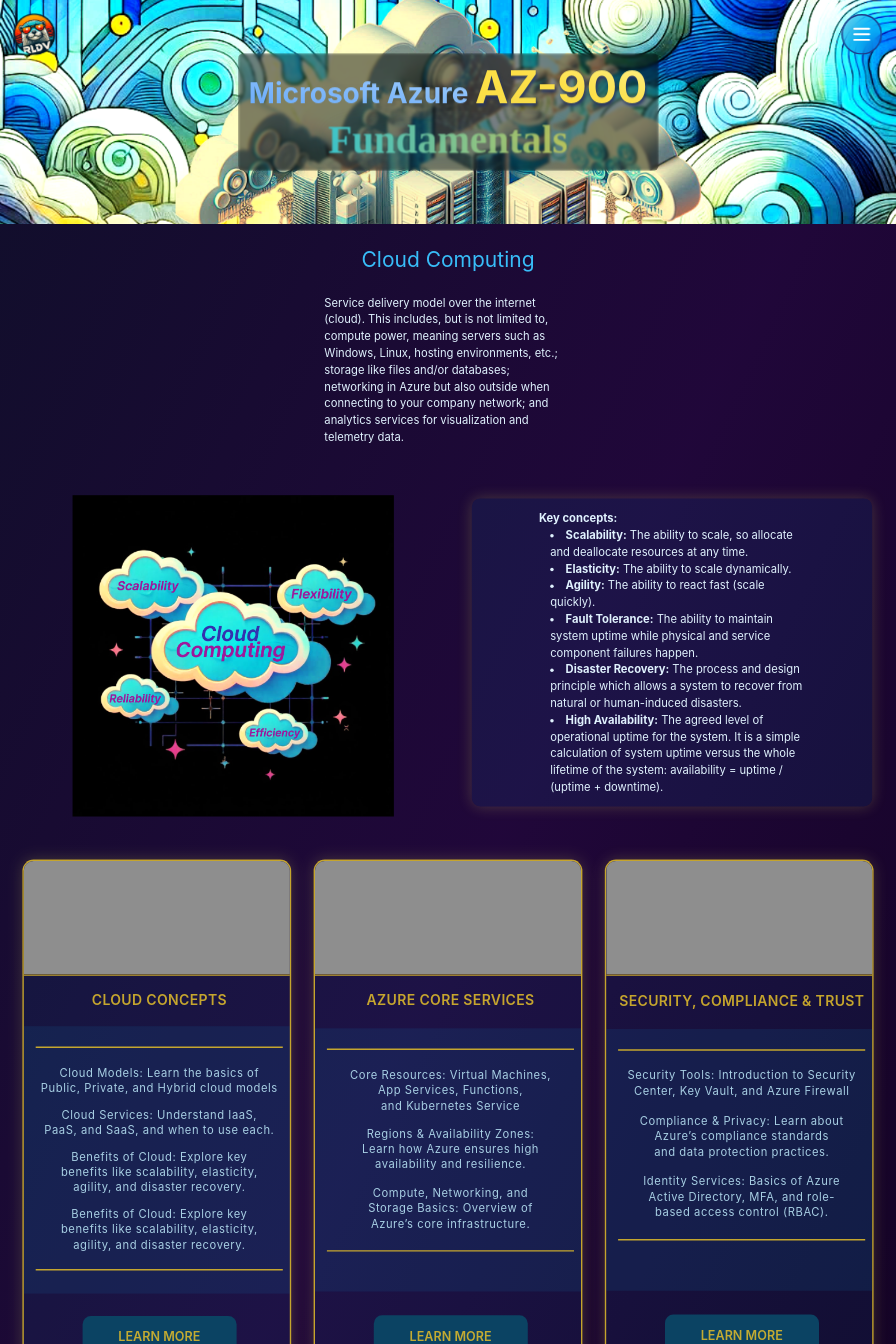
Repository: Freezler/az-900_svelte5
Page: /
These files come from the project's save history. The page is drawn as it stood at one moment and after the next save; the edit follows.
The browser window is 1280 px wide. The pictures show the part of the page from y = 0 to 1920 px (the page is 2706 px tall), at 70% of full size.
Pictures or frames that could not be fetched are drawn as grey boxes. The project was rebuilt for these pictures with package versions that can differ from the ones it lists, and the page was loaded fresh each time. The framework's server and built-in components were replaced by stand-ins that run in the browser. Also part of the build but not shown: vite.config.ts.

Above is the page before, as saved 2024-11-10 10:57:42.

### src/app.html
<!doctype html>
<html lang="en">
	<head>
		<meta charset="utf-8" />
		<link rel="icon" href="%sveltekit.assets%/favicon.png" />
		<meta name="viewport" content="width=device-width, initial-scale=1" />
		%sveltekit.head%
	</head>
	<body data-sveltekit-preload-data="hover" >
		<div style="display: contents">%sveltekit.body%</div>
	</body>
</html>

### src/routes/+layout.svelte
<script lang="ts">
	import '../app.css';
	let { children } = $props();

</script>

<div class="bg-gradient-to-br from-[#0d0c28fc] via-[#1b0135f9] to-[#10021e] bg-cover bg-center bg-no-repeat ">{@render children()}</div>

### src/routes/+page.svelte
<script lang="ts">
	import ComputingArticle from '../components/ComputingArticle.svelte';

	import Toggle from '../components/Toggle.svelte';
	import Header from '../components/Header.svelte';
	import Popover from '../components/Menu.svelte';
	import Cards from '../components/Cards.svelte';
	import Login from '../components/Login.svelte';
</script>

<header class="">
	<Popover />
	<Header />
</header>
<main>
	<section>
		<ComputingArticle />
		<Cards />
	</section>
	<aside><Toggle /></aside>
	<footer><Login /></footer>
</main>

### src/app.css
@tailwind base;
@tailwind components;
@tailwind utilities;

:root {
  --text-color  : rgba(244, 205, 48, 0.888);
  --bg-color    : hsla(217, 87%, 3%, 0.298);
  --bg-color2   : hsla(299, 91%, 31%, 0.974);
  --bg-gradient : 135deg, rgba(237, 249, 10, .7) 0%, rgba(216, 204, 37, 0.7) 35%, rgba(0, 212, 255, 0.7) 100%;
  --bg-gradient2: 90deg, rgba(216, 204, 37, 0.5) 0%, rgba(0, 212, 255, 0.5) 70%;
}

* {
  margin     : 0;
  padding    : 0;
  box-sizing : border-box;
  user-select: none;
  /* outline : 1px dotted red; */
}

body {
  font-family: 'Inter', sans-serif;


}

### src/components/ComputingArticle.svelte
<div class="grid items-center justify-center gap-8 place-self-center text-sky-100 w-[35ch] pt-8">
	<h2 class="text-3xl text-center text-sky-400">Cloud Computing</h2>
	<p>
		Service delivery model over the internet (cloud). This includes, but is not limited to, compute
		power, meaning servers such as Windows, Linux, hosting environments, etc.; storage like files
		and/or databases; networking in Azure but also outside when connecting to your company network;
		and analytics services for visualization and telemetry data.
	</p>
</div>

<section class="grid items-center grid-cols-1 lg:grid-cols-2 justify-center place-items-center place-self-center place-content-center gap-0	z-10 text-start">
	<img
		src="../public/images/cloud.png"
		alt="cloudSolutions"
		loading="lazy"

		class=" w-full md:w-[672px]  mx-auto rounded-2xl overflow-hidden  pr-12 -mt-8"
	/>
	<article
		class=" bg-sky-600/10  text-sky-100 px-24 py-4 w-[572px] mt-8 rounded-xl shadow-[0_0px_22px_rgba(255,255,99,0.2)]"
	>
		<p><strong>Key concepts:</strong></p>
		<ul class="list-inside list-disc pl-4">
			<li>
				<strong>Scalability:</strong> The ability to scale, so allocate and deallocate resources at any
				time.
			</li>
			<li><strong>Elasticity:</strong> The ability to scale dynamically.</li>
			<li><strong>Agility:</strong> The ability to react fast (scale quickly).</li>
			<li>
				<strong>Fault Tolerance:</strong> The ability to maintain system uptime while physical and service
				component failures happen.
			</li>
			<li>
				<strong>Disaster Recovery:</strong> The process and design principle which allows a system to
				recover from natural or human-induced disasters.
			</li>
			<li>
				<strong>High Availability:</strong> The agreed level of operational uptime for the system. It
				is a simple calculation of system uptime versus the whole lifetime of the system: availability
				= uptime / (uptime + downtime).
			</li>
		</ul>
	</article>
</section>

### src/components/Toggle.svelte
<script lang="ts">

	let name = $state('Randy');
	let status: 'DARK' | 'LIGHT' = $state('DARK');
	let full_name = $derived(name + ' ' + 'de vries');

	function toggle() {
		status = status === 'DARK' ? 'LIGHT' : 'DARK';
	}

	function onclick() {
		status = status === 'DARK' ? 'LIGHT' : 'DARK';
		window.document.body.classList.toggle('dark-mode')
	}
</script>

<div class="max-w-[400px] mx-auto grid place-items-center items-center justify-center gap-2 border-2 p-4  py-8 my-4 bg-yellow-600/10">
		<p class="text-2xl font-serif text-white ">
			set theme: <span class="font-sans {status === 'LIGHT' ? 'text-gray-200' : 'text-red-900'}">{status}</span>
		</p>

		<!-- <button on:click={toggle}>toggle status</button> -->
		<button
			class=" w-[176px] rounded bg-blue-500 px-4 py-2 font-bold text-white hover:bg-blue-700 active:scale-[.98]"
			type="button"
			onclick={toggle}>Toggle theme</button
		>
	</div>

### src/components/Header.svelte
<script lang="ts">
	// Declare props
	let { name = 'AZ-900' } = $props();

	// Local state for the surname
	let surname = $state('Fundamentals');

	// Derived state for the full name
	let full_name = $derived(`${name} ${surname}`);
</script>

<div
	class="max-w-[100svw] z-100 mx-auto grid h-80 place-content-center place-items-center items-center justify-center bg-[url('/public/images/headImage.png')] bg-cover bg-top"
>
	<div class="grid backdrop-blur-[2px] px-4 rounded-lg backdrop-brightness-[.50] pb-4">
		<h1
			class="shadow-[rgba(7, 25, 224, 0.9)] drop bg-clip-text text-center text-[clamp(1rem,5vw,2.5rem)] font-bold text-transparent bg-gradient-to-tr from-blue-400 via-blue-300 to-blue-700  drop-shadow-[-2px_2px_2px_rgba(137, 25, 224, 0.9)]"
		>
			Microsoft Azure <span
				class="bg-gradient-to-tr from-yellow-300 via-yellow-300 to-yellow-200 bg-clip-text text-[clamp(2.8rem,5vw,8.5rem)] font-bold text-transparent drop-shadow-[2px_4px_2px_rgba(36,50,100,0.9)]"
				>{name}</span
			>
		</h1>
		<h3
			class="bg-clip-text text-6xl text-center text-[clamp(1rem,5vw,3.5rem)] font-[700] font-[montserrat] bg-gradient-to-r from-[hsl(192,88%,51%)] via-[--hsl(192,88%,71%)] to-[--text-color]  pb- text-transparent drop-shadow-[2px_4px_32px_rgba(6,100,150,0.9)] backdrop-brightness-[.90] "
		>
			{surname}
		</h3>
	</div>
</div>

### src/components/Menu.svelte
<script lang="ts">
	import { cubicInOut } from 'svelte/easing';
	import { fly } from 'svelte/transition';
	let showMenu: boolean = $state(false);


</script>

	<!-- Your existing code -->

<img
	src="/public/images/Design 2.png"
	alt="Ran form Logo"
	class="fixed left-[16px] top-[16px] w-[64px] rounded-full z-[200]"
/>
<button
	onclick={() => (showMenu = !showMenu)}
	class="fixed right-[20px] top-[20px] flex  h-[58px] w-[58px] items-center justify-center rounded-full bg-blue-600/20 backdrop-blur text-white border-2 border-blue-900"
>
	<svg
		xmlns="http://www.w3.org/2000/svg"
		class="h-8 w-8"
		fill="none"
		viewBox="0 0 24 24"
		stroke="currentColor"
	>
		{#if showMenu}
			<path
				stroke-linecap="round"
				stroke-linejoin="round"
				stroke-width="2"
				d="M6 18L18 6M6 6l12 12"
			/>
		{:else}
			<path
				stroke-linecap="round"
				stroke-linejoin="round"
				stroke-width="2"
				d="M4 6h16M4 12h16M4 18h16"
			/>
		{/if}
	</svg>
</button>

{#if showMenu}
	<ul
		class="items-center justify-center fixed bottom-0 right-0 z-100 grid h-[50vh] w-[100vw] border-t border-blue-900 place-content-center bg-blue-600/20 backdrop-blur text-white uppercase text-center text-xl z-[200]"
		transition:fly={{ y: 100, duration: 420, easing: cubicInOut }}
	>
		<li class="px-2 py-4 w-[80vw] underline underline-offset-4 transition-colors ease-linear duration-400 hover:bg-blue-600/20 rounded-t-lg  bg-blue-200/30">
			<a href="/">Home</a>
		</li>
		<li class=" px-2 py-4 transition-colors hover:underline underline-offset-4  ease-linear duration-400 hover:bg-blue-600/20  bg-blue-200/30">
			<a href="/concepts">Concepts</a>
		</li>
		<li class=" px-2 py-4 transition-colors hover:underline underline-offset-4 ease-linear duration-400 hover:bg-blue-600/20  bg-blue-200/30">
			<a href="/security">Security</a>
		</li>
		<li class="px-2 py-4 transition-colors  hover:underline underline-offset-4 ease-linear duration-400 hover:bg-blue-600/20 rounded-b-lg  bg-blue-200/30">
			<a href="/services">Services</a>
		</li>
	</ul>
{/if}

### src/components/Cards.svelte
<script>
	import { goto } from '$app/navigation';
	// Define your plans as an array of objects
	const concepts = [
		{
			url: 'concepts',
			image:
				'https://learn.microsoft.com/training/achievements/microsoft-azure-fundamentals-describe-cloud-concepts-social.png',
			name: 'Cloud Concepts',
			features: [
				'Cloud Models: Learn the basics of Public, Private, and Hybrid cloud models',
				'Cloud Services: Understand IaaS, PaaS, and SaaS, and when to use each.',
				'Benefits of Cloud: Explore key benefits like scalability, elasticity, agility, and disaster recovery.',
				'Benefits of Cloud: Explore key benefits like scalability, elasticity, agility, and disaster recovery.'

			]
		},
		{
			url: 'services',
			image:
				'https://images.unsplash.com/photo-1667372459510-55b5e2087cd0?q=80&w=1932&auto=format&fit=crop&ixlib=rb-4.0.3&ixid=M3wxMjA3fDB8MHxwaG90by1wYWdlfHx8fGVufDB8fHx8fA%3D%3D',
			name: 'Azure Core Services',
			features: [
				'Core Resources: Virtual Machines, App Services, Functions, and Kubernetes Service',
				'Regions & Availability Zones: Learn how Azure ensures high availability and resilience.',
				'Compute, Networking, and Storage Basics: Overview of Azure’s core infrastructure.'
			]
		},
		{
			url: 'security',
			image:
				'https://plus.unsplash.com/premium_photo-1700830452756-1a3f4314e564?q=80&w=1674&auto=format&fit=crop&ixlib=rb-4.0.3&ixid=M3wxMjA3fDB8MHxwaG90by1wYWdlfHx8fGVufDB8fHx8fA%3D%3D',
			name: 'Security, Compliance & Trust',
			features: [
				'Security Tools: Introduction to Security Center, Key Vault, and Azure Firewall',
				'Compliance & Privacy: Learn about Azure’s compliance standards and data protection practices.',
				'Identity Services: Basics of Azure Active Directory, MFA, and role-based access control (RBAC).'
			]
		}
	];
</script>

<section
	class="z-10 grid grid-rows-1 gap-8 py-8 md:grid-cols-2 md:gap-8 md:px-8 xl:grid-cols-3"
>
	{#each concepts as concept}
		<div
			class=" pt-1  grid grid-rows-[148px_64px_auto_auto] place-items-center overflow-hidden rounded-2xl border-2 border-[--text-color] bg-sky-600/10 pb-9 shadow-[0_0px_22px_rgba(255,255,99,0.2)] brightness-90 transition duration-700 hover:scale-[1.001] hover:border-[hsla(184,69%,60%,1)] hover:shadow-[2px_6px_12px_rgba(22,125,22,0.9)]"
		>
			<img
				src={concept.image}
				class=" z-10 h-[172px] pt-2  w-full border-b-2 border-[--text-color] object-cover object-center hover:border-[hsla(184,69%,60%,1)]"
				loading="lazy"
				alt="concept"
			/>
			<div class="row-span-2 grid grid-cols-subgrid place-items-center items-center justify-center">
				<h2 class="] mt-[28px] text-xl font-semibold uppercase tracking-wide text-[--text-color]">
					{concept.name}
				</h2>
			</div>

			<div
				class=" row-span-12 my-5 w-full grid grid-rows-subgrid place-items-start items-start gap-4 text-pretty border border-transparent bg-sky-500/10 px-4 pt-7 pb-6 text-center"
			>
				{#each concept.features as feature}
					<h3
						class="border-b-1 mx-auto  grid w-[35ch]  grid-rows-subgrid text-balance border-[--text-color] px-0 text-[14px] font-normal leading-snug tracking-wider text-sky-200 py-0 first:border-t-2 first:pt-6 last:pb-6 last:border-b-2 lg:text-[16px] border-s-fuchsia-400 ">
						{feature}
					</h3>
				{/each}
			</div>
			<button
				type="button"
				class="mx-auto mt-3 w-[220px] grid-cols-subgrid rounded-xl border-[2px_solid_var(--text-color)] bg-sky-900 px-8 py-4 text-base font-semibold uppercase text-[--text-color] transition duration-[420ms] hover:bg-sky-500 hover:text-white hover:shadow-[2px_2px_22px_rgb(65,183,255,0.9)] md:text-lg lg:text-lg"
				><a href="/{concept.url}">Learn more</a></button
			>
		</div>
	{/each}
</section>

### src/components/Login.svelte
<script>
	import { onMount } from 'svelte';
	let user = $state('Stranger');
	/**
	 * @param {any} response
	 */
	function googleLoginEndpoint(response) {
	  console.log('Google login successful:', response);
	}

	// onMount(() => {
	//   const script = document.createElement("script");
	//   script.src = "https://accounts.google.com/gsi/client";
	//   script.async = true;
	//   script.defer = true;
	//   document.head.appendChild(script);
	// });
</script>

<div class="relative flex min-h-[60vh] items-center justify-center py-16 ">
	<div class="flex w-full max-w-4xl flex-col overflow-hidden rounded-lg shadow-lg md:flex-row">
		<!-- Left side: Logo and Welcome message -->
		<div
			class="flex flex-col items-center justify-center bg-[url('/public/images/headImage.png')] bg-cover bg-center object-cover p-14 text-white md:w-1/2 "
		>
			<img
				src="/public/images/Design 2.png"
				alt="Ran form Logo"
				class="mb-4 h-40 w-40 rounded-full"
			/>
			<h2 class="text-2xl font-semibold p-2 rounded-xl bg-slate-600/50  ">Good Evening {user}!</h2>
			<p class="mt-2 text-center text-lg rounded-xl bg-slate-600/50  p-2 ">Log in to your account!</p>
		</div>

		<!-- Right side: Login Form -->
		<div
			class="flex flex-col items-center justify-center  h-[50vh] bg-blue-600/40 backdrop-blur pt-8 "
		>
			<!-- Google Login Button -->
			<div
				id="g_id_onload"
				data-client_id="YOUR_GOOGLE_CLIENT_ID"
				data-context="signin"
				data-callback="googleLoginEndpoint"
				data-close_on_tap_outside="false"
				data-prompt_parent_id="g_id_onload"
			></div>

			<button
				class="flex w-3/5 items-center justify-center space-x-2 rounded-full border border-gray-300 bg-white py-2 shadow-md hover:bg-gray-50 focus:outline-none"
			>
				<span class="fab fa-google text-gray-500"></span>
				<span class="text-gray-700">Continue with Google</span>
			</button>

			<!-- Divider -->
			<div class="my-4 flex w-full items-center">
				<hr class="flex-grow border-t border-gray-300" />
				<span class="px-3 text-gray-500">OR</span>
				<hr class="flex-grow border-t border-gray-300" />
			</div>

			<!-- Email Login Button -->
			<button
				class="flex w-3/5 items-center justify-center space-x-2 rounded-full border border-gray-300 bg-white py-2 shadow-md hover:bg-gray-50 focus:outline-none"
			>
				<span class="fa fa-user text-gray-500"></span>
				<span class="text-gray-700">Enter Email & Password</span>
			</button>

			<!-- Sign up and Terms Links -->
			<div class=" w-full text-center">
				<p class="text-sm text-red-300">
					Don't have an account? <a href="_blank" class="text-blue-600 hover:underline">Sign up</a>
				</p>
				<p class="mt-0 text-xs text-gray-500 w-[50ch]">
					By continuing, you agree to our <a href="_blank" target="_blank" class="hover:underline"
						>Terms of Service</a
					>
					and
					<a href="_blank" target="_blank" class="hover:underline">Privacy Policy</a>.
				</p>
			</div>
		</div>
	</div>
</div>

### tailwind.config.ts
import aspectRatio from '@tailwindcss/aspect-ratio';
import containerQueries from '@tailwindcss/container-queries';
import forms from '@tailwindcss/forms';
import typography from '@tailwindcss/typography';
// import type { Config } from 'tailwindcss';

export default {
	content: ['./src/**/*.{html,js,svelte,ts}'],


	theme: {
		extend: {
			animation: {



			},

			keyframes: {

			}

		}
	},

	plugins: [typography, forms, containerQueries, aspectRatio]
}

After the next save:
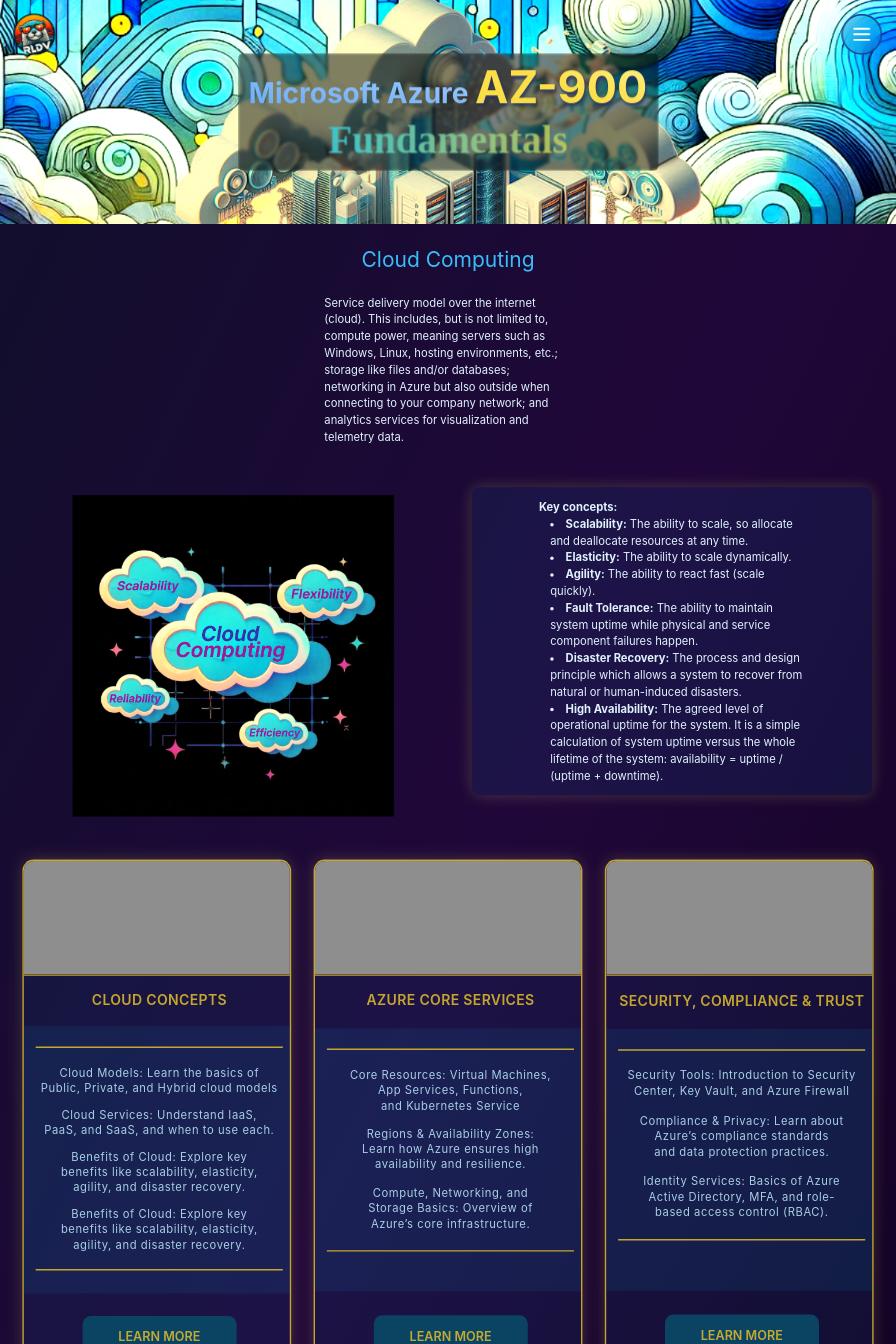
Saved 10 s later.
--- a/src/components/ComputingArticle.svelte
+++ b/src/components/ComputingArticle.svelte
@@ -17,7 +17,7 @@
 		class=" w-full md:w-[672px]  mx-auto rounded-2xl overflow-hidden  pr-12 -mt-8"
 	/>
 	<article
-		class=" bg-sky-600/10  text-sky-100 px-24 py-4 w-[572px] mt-8 rounded-xl shadow-[0_0px_22px_rgba(255,255,99,0.2)]"
+		class=" bg-sky-600/10  text-sky-100 px-24 py-4 w-[572px] my-8 rounded-xl shadow-[0_0px_22px_rgba(255,255,99,0.2)]"
 	>
 		<p><strong>Key concepts:</strong></p>
 		<ul class="list-inside list-disc pl-4">
